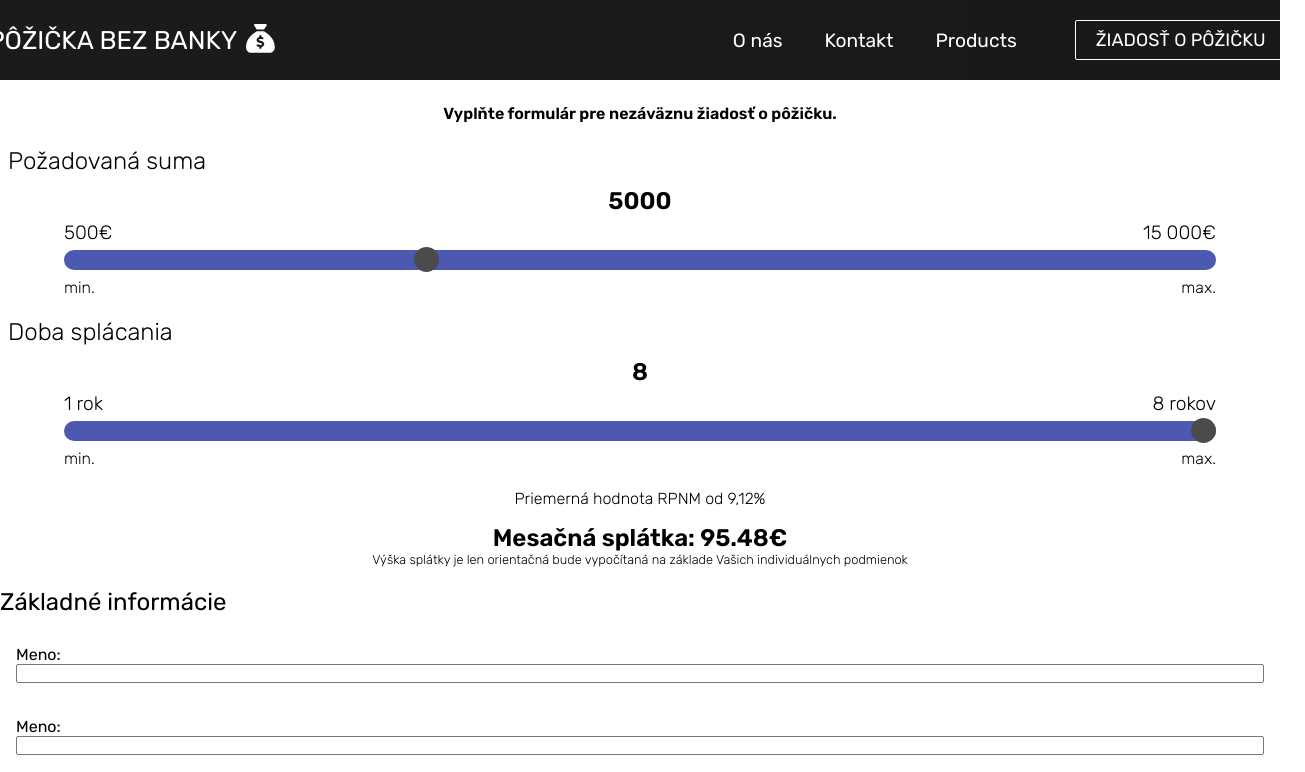
Repository: steve-lgtm/React-website-pozickabezbanky
Page: /ziadost
These files come from the project's save history. The page is drawn as it stood at one moment and after the next save; the edit follows.
The browser window is 1280 px wide. The page is 1305 px wide, so the pictures cover 1305 px, including what lies to the right of the window. The pictures show the whole page.
Some web libraries are served in a nearby version. The project was rebuilt for these pictures with package versions that can differ from the ones it lists, and the page was loaded fresh each time. Also part of the build but not shown: src/components/pages/Home.js, src/components/pages/Kontakt.js, src/components/pages/Products.js.

Above is the page before, as saved 2022-07-09 00:11:26.

### src/App.js
import React from 'react';
import Navbar from './components/Navbar';
import './App.css';
import Home from './components/pages/Home.js';
import { BrowserRouter as Router, Routes, Route } from 'react-router-dom';
import Kontakt from './components/pages/Kontakt';
import Products from './components/pages/Products';
import Ziadost from './components/pages/Ziadost';
import { library } from '@fortawesome/fontawesome-svg-core'
import { fas } from '@fortawesome/free-solid-svg-icons'


library.add(fas)


function App() {
  return (
      <Router>
        <Navbar />
        <Routes>
          <Route path='/' exact element={<Home />} />
          <Route path='/kontakt' element={<Kontakt/>} />
          <Route path='/products' element={<Products/>} />
          <Route path='/ziadost' element={<Ziadost/>} />
        </Routes>
      </Router>
  );
}

export default App;

### src/components/Navbar.js
import React, { useState, useEffect } from 'react';
import { Button } from './Button';
import { Link } from 'react-router-dom';
import './Navbar.css';
import { FontAwesomeIcon } from '@fortawesome/react-fontawesome';

function Navbar() {
  const [click, setClick] = useState(false);
  const [button, setButton] = useState(true);

  const handleClick = () => setClick(!click);
  const closeMobileMenu = () => setClick(false);

  const showButton = () => {
    if (window.innerWidth <= 1040) {
      setButton(false);
    } else {
      setButton(true);
    }
  };

  useEffect(() => {
    showButton();
  }, []);

  window.addEventListener('resize', showButton);

  return (
    <>
      <nav className='navbar'>
        <div className='navbar-container'>
          <Link to='/' className='navbar-logo' onClick={closeMobileMenu}>
            PÔŽIČKA BEZ BANKY
           {/* <FontAwesomeIcon icon="fa-solid fa-money-bill-1-wave" className='nav-icon'/> */}
           <FontAwesomeIcon icon="fa-solid fa-sack-dollar" className='nav-icon' />
          </Link>
          <div className='menu-icon' onClick={handleClick}>
            <i className={click ? 'fas fa-times' : 'fas fa-bars'} />
          </div>
          <ul className={click ? 'nav-menu active' : 'nav-menu'}>
            <li className='nav-item'>
              <Link to='/' className='nav-links' onClick={closeMobileMenu}>
                O nás
              </Link>
            </li>
            <li className='nav-item'>
              <Link
                to='/kontakt'
                className='nav-links'
                onClick={closeMobileMenu}
              >
                Kontakt
              </Link>
            </li>
            <li className='nav-item'>
              <Link
                to='/products'
                className='nav-links'
                onClick={closeMobileMenu}
              >
                Products
              </Link>
            </li>

            <li>
              <Link
                to='/ziadost'
                className='nav-links-mobile'
                onClick={closeMobileMenu}
              >
                ŽIADOSŤ O PÔŽIČKU
              </Link>
            </li>
          </ul>
          {button && <Button buttonStyle='btn--outline'>ŽIADOSŤ O PÔŽIČKU</Button>}
        </div>
      </nav>
    </>
  );
}

export default Navbar;

### src/App.css
@import url('https://fonts.googleapis.com/css2?family=Rubik:wght@300;400;600&display=swap');
* {
  box-sizing: border-box;
  margin: 0;
  padding: 0;
  font-family: 'Rubik', sans-serif;



}

.home,
.services,
.products,
.sign-up {
  display: flex;
  height: 89vh;
  align-items: center;
  justify-content: center;
  font-size: 3rem;
}

.services {
  background-color: blue;
  background-size: cover;
  background-repeat: no-repeat;
  color: rgb(0, 0, 0);
  font-size: 20px;
}

.products {
  background-color: blue;
  background-position: center;
  background-size: cover;
  background-repeat: no-repeat;
  color: #fff;
  font-size: 100 rem;
}

.sign-up {
  background-position: center;
  background-size: cover;
  background-repeat: no-repeat;
  color: rgb(0, 0, 0);
  font-size: 100px;
}
.home {
  background-position: center;
  background-size: cover;
  background-repeat: no-repeat;
  color: rgb(0, 0, 0);
  font-size: 100px;
}

### src/components/pages/Ziadost.js
import React from 'react';
import '../../App.css';
import './Ziadost.css'
import { useState } from 'react';
import { useFormik} from 'formik'

function PMT(ir, np, pv, fv, type) {

  //  * ir   - interest rate per month
  //  * np   - number of periods (months)
   // * pv   - present value
   // * fv   - future value
  //  * type - when the payments are due:
 //   *        0: end of the period, e.g. end of month (default)
  //  *        1: beginning of period

   var pmt, pvif;

   fv || (fv = 0);
   type || (type = 0);

   if (ir === 0)
       return -(pv + fv)/np;

   pvif = Math.pow(1 + ir, np);
   pmt = - ir * pv * (pvif + fv) / (pvif - 1);

   if (type === 1)
       pmt /= (1 + ir);


   return pmt;}

export default function Ziadost() {
  const [mounthAmount, setMounthAmount] = useState(95.48);
  const formik =  useFormik({
    initialValues: {
      amount: 5000,
      period: 8
    }
  });

 const changeAmount = (e) => {
  let urk_sdz = 0.1834;
  if(e.target.name==='amount'){
    let urk_sdz = 0.1834;
    if ( formik.values.period===1) urk_sdz = 0.3910;
    if ( formik.values.period>1 && formik.values.period<6 ) urk_sdz = 0.2098; //0.22;
    if ( formik.values.period>5 && formik.values.period<9 ) urk_sdz = 0.1834;
    let finalAmount = Math.round(PMT(Math.pow((1+urk_sdz),1/12)-1,(formik.values.period*12),-1*e.target.value)*100) /100;
  setMounthAmount(finalAmount)}

  if(e.target.name==='period'){
    if ( e.target.value===1) urk_sdz = 0.3910;
    if ( e.target.value>1 && e.target.value<6 ) urk_sdz = 0.2098; //0.22;
    if ( e.target.value>5 && e.target.value<9 ) urk_sdz = 0.1834;
    let finalAmount = Math.round(PMT(Math.pow((1+urk_sdz),1/12)-1,(e.target.value*12),-1*formik.values.amount)*100) /100;
    setMounthAmount(finalAmount)}
  };
  return (
    <>
      <h1 className='header-form'>
          Vyplňte formulár pre nezáväznu žiadosť o pôžičku.
        </h1>
      <form>
      <div className='container-form'>
        <div className='section-name'>Požadovaná suma</div>
            <h2>{formik.values.amount}</h2>
            <div className="containerslider">
                <div className="pullleft" style={{fontSize:"1.2rem"}}>
                    500€
                </div>
                <div className="pullright" style={{fontSize:"1.2rem"}}>
                    15 000€
                </div>
            <input type="range" name="amount" step="100" min="500" max="15000" onChange={(e) =>{formik.handleChange(e); changeAmount(e)}} value={formik.values.amount} className="slider" id="suma"/>
            <div className="pullleft" style={{fontSize: "1rem"}}>
                min.
            </div>
            <div className="pullright" style={{fontSize: "1rem"}}>
                max.
            </div>
            </div>

       <div className='section-name'>Doba splácania</div>
       <h2>{formik.values.period}</h2>
            <div className="containerslider">
                <div className="pullleft" style={{fontSize:"1.2rem"}}>
                    1 rok
                </div>
                <div className="pullright" style={{fontSize:"1.2rem"}}>
                    8 rokov
                </div>
            <input type="range" name="period" step="1" min="1" max="8" onChange={(e) => {formik.handleChange(e); changeAmount(e)}} value={formik.values.period} className="slider" id="doba"/>
            <div className="pullleft" style={{fontSize: "1rem"}}>
                min.
            </div>
            <div className="pullright" style={{fontSize: "1rem"}}>
                max.
            </div>
            </div>
            <div className="info">
        Priemerná hodnota RPNM od 9,12%
        </div>
        <h2> Mesačná splátka: {mounthAmount}€</h2>
        <div className="info2">
            Výška splátky je len orientačná bude vypočítaná na základe Vašich individuálnych podmienok
        </div>
            </div>
            <div className='section-name'>Základné informácie</div>
          <div className='personal-data'>
            <div className='personal-data-field'>
          <label for="nameElm">Meno:</label>
      <input required type="text" name="Meno" id="nameid" size="15" maxlength="50" oninvalid="alert('Vyplňte meno!');"/>
      </div>
      <div className='personal-data-field'>
      <label for="nameElm">Meno:</label>
      <input required type="text" name="Meno" id="nameid" size="15" maxlength="50" oninvalid="alert('Vyplňte meno!');"/>
            </div>
            </div>
      </form>

    </>
  );
}

### src/components/Button.js
// import React from 'react';
// import './Button.css';
// import { Link } from 'react-router-dom';

// export function Button() {
//   return (
//     <Link to='sign-up'>
//       <button className='btn'>Sign Up</button>
//     </Link>
//   );
// }

import React from 'react';
import './Button.css';
import { Link } from 'react-router-dom';

const STYLES = ['btn--primary', 'btn--outline', 'btn--test'];

const SIZES = ['btn--medium', 'btn--large'];

export const Button = ({
  children,
  type,
  onClick,
  buttonStyle,
  buttonSize
}) => {
  const checkButtonStyle = STYLES.includes(buttonStyle)
    ? buttonStyle
    : STYLES[0];

  const checkButtonSize = SIZES.includes(buttonSize) ? buttonSize : SIZES[0];

  return (
    <Link to='/ziadost' className='btn-mobile'>
      <button
        className={`btn ${checkButtonStyle} ${checkButtonSize}`}
        onClick={onClick}
        type={type}
      >
        {children}
      </button>
    </Link>
  );
};

### src/components/Navbar.css
.navbar {
    background: linear-gradient(90deg, rgb(28, 27, 27) 0%, rgb(26, 23, 23) 100%);
    height: 80px;
    display: flex;
    justify-content: center;
    align-items: center;
    font-size: 1.2rem;
    position: sticky;
    top: 0;
    z-index: 999;
    font-weight: 400;
    white-space: nowrap;
  }

  .navbar-container {
    display: flex;
    justify-content: center;
    align-items: center;
    height: 80px;
    max-width: 1500px;
  }

  .navbar-logo {
    color: #fff;
    justify-self: start;
    margin-left: 0.5em;
    cursor: pointer;
    text-decoration: none;
    font-size: 1.6rem;
    display: flex;
    align-items: center;

  }

  .nav-icon {
    margin-left: 0.3em;
    margin-bottom: 0.1em;
    font-size: 1.8rem;
  }

  .nav-menu {
    display: grid;
    grid-template-columns: repeat(4, auto);
    grid-gap: 10px;
    list-style: none;
    text-align: center;
    width: 60vw;
    justify-content: end;
    margin-right: 2rem;
  }

  .nav-item {
    height: 3.5em;
  }

  .nav-links {
    color: #fff;
    display: flex;
    align-items: center;
    text-decoration: none;
    padding: 0.5rem 1rem;
    height: 100%;
  }

  .nav-links:hover {
    border-bottom: 4px solid #fff;
    transition: all 0.2s ease-out;
  }

  .fa-bars {
    color: rgb(255, 255, 255);
  }

  .nav-links-mobile {
    display: none;
  }

  .menu-icon {
    display: none;
  }

  @media screen and (max-width: 1040px) {
    .NavbarItems {
      position: relative;
    }

    .nav-menu {
      display: flex;
      flex-direction: column;
      justify-content: flex-start;
      width: 100%;
      height: 100vh;
      position: absolute;
      top: 80px;
      left: -100%;
      opacity: 1;
      transition: all 0.5s ease;
    }

    .nav-menu.active {
      background: #242222;
      left: 0;
      opacity: 1;
      transition: all 0.5s ease;
      z-index: 1;
    }

    .nav-links {
      font-size: 1.5rem;
      text-align: center;
      padding: 2rem;
      width: 100%;
      display: table;
    }

    .nav-links:hover {
      background-color: #fff;
      color: #242424;
      border-radius: 0;
    }

    .navbar-logo {
      float: left;}

    .navbar {
      justify-content: flex-start;
    }
    .navbar-container {
      float: left;
    }
    .menu-icon {
      display: block;
      position: absolute;
      top: 0;
      right: 0;
      transform: translate(-100%, 60%);
      font-size: 1.8rem;
      cursor: pointer;
    }

    .fa-times {
      color: #fff;
      font-size: 2rem;
    }

    .nav-links-mobile {
      display: block;
      text-align: center;
      margin: 2rem auto;
      border-radius: 4px;
      width: 80%;
      text-decoration: none;
      font-size: 1.5rem;
      background-color: transparent;
      color: #fff;
      padding: 14px 20px;
      border: 1px solid #fff;
      transition: all 0.3s ease-out;
    }

    .nav-links-mobile:hover {
      background: #fff;
      color: #242424;
      transition: 250ms;
    }
  }

### src/components/pages/Ziadost.css

.container-form {
margin: 0.5em;
display: flex;
flex-direction: column;
align-items: center;
font-weight: 300;
}
.pullleft{
    margin-top:0.3em;
    margin-bottom: 0.3em;
    float: left;

}
.pullright{
    margin-top:0.3em;
    margin-bottom: 0.3em;
    float: right;
}

.containerslider {
    width: 90vw;
    margin-bottom: 1em;
}
.header-form {
    text-align: center;
    font-size: 1rem;
    padding: 1em;
    padding-top: 1.5em;
}
.info{
    font-size: 1rem;
    color:black;
    text-align: center;
    margin-bottom: 1em;
}
.info2{
    font-size: 0.8rem;
    color:black;
    text-align: center;
    margin-bottom: 1em;
}
.slider {
    -webkit-appearance: none;
    width: 100%;
    height: 20px;
    background: #021391;
    outline: none;
    opacity: 0.7;
    -webkit-transition: .2s;
    transition: opacity .2s;
    border-radius: 1em;

  }
.section-name {
    align-self: flex-start;
    font-size: 1.5em;
    margin-bottom: 0.5em;
}

  .slider::-webkit-slider-thumb {
    -webkit-appearance: none;
    appearance: none;
    width: 25px;
    height: 25px;
    background: #000000;
    cursor: pointer;
    border-radius: 40px;
  }

  .slider::-moz-range-thumb {
    width: 25px;
    height: 25px;
    background: #000000;
    cursor: pointer;
  }
.arrow{
    width: 70px;
    margin-bottom: -1em;
}

.personal-data{
    display: flex;
    flex-direction: column;
    justify-content:space-around;
    height: 20vh;
}
.personal-data-field{
    display: flex;
    flex-direction: column;
    margin: 0 1em;
}

### src/components/Button.css
:root {
  --primary: #fff;
}

.btn {
  padding: 8px 20px;
  border-radius: 2px;
  outline: none;
  border: none;
  cursor: pointer;
}

.btn--primary {
  background-color: var(--primary);
  color: #242424;
  border: 1px solid var(--primary);
}

.btn--outline {
  background-color: transparent;
  color: #fff;
  padding: 8px 20px;
  border: 1px solid var(--primary);
  transition: all 0.3s ease-out;
}

.btn--medium {
  margin-right: 1em;
  padding: 8px 20px;
  font-size: 18px;
}

.btn--large {
  padding: 12px 26px;
  font-size: 20px;
}

.btn--large:hover,
.btn--medium:hover {
  transition: all 0.3s ease-out;
  background: #fff;
  color: #242424;
  transition: 250ms;
}

Loaded but not shown: public/index.html (common file); src/index.js (common file); src/index.css (common file)

After the next save:
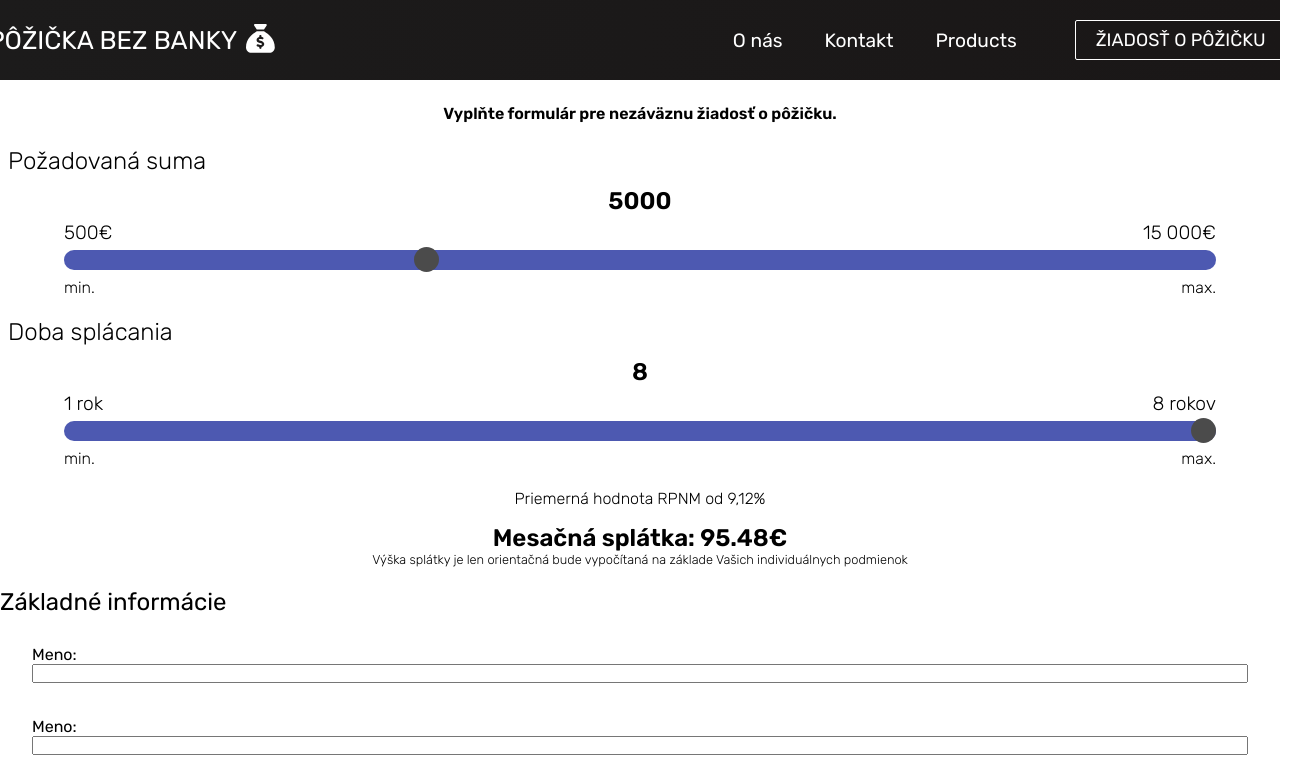
Saved 7 s later.
--- a/src/components/pages/Ziadost.css
+++ b/src/components/pages/Ziadost.css
@@ -88,5 +88,5 @@ font-weight: 300;
 .personal-data-field{
     display: flex;
     flex-direction: column;
-    margin: 0 1em;
+    margin: 0 2em;
 }
